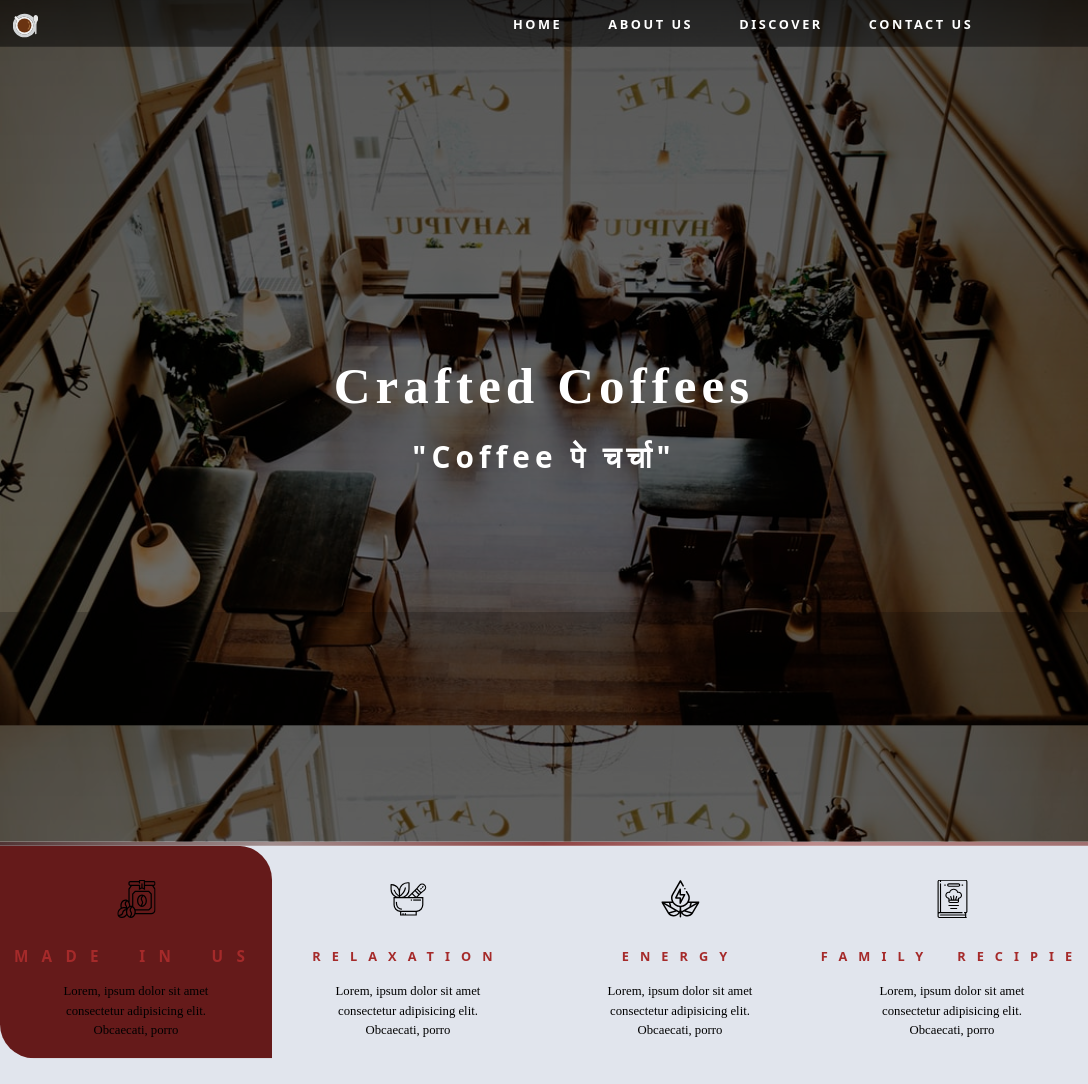
Repository: Aditya0377/Assignments
Page: Assignment/coffee/index.html
The author's editor kept a copy of each file at every save. The page is drawn from the files as they stood at one save, then again after the next save.
The browser window is 1280 px wide. The pictures show the part of the page from y = 0 to 1275 px (the page is 1800 px tall), at 85% of full size.
The pointer rests on the first visible `.onecont`.
A picture or video elsewhere on the page could not be fetched, so the positions and the page height are approximate. Backgrounds fixed to the window are drawn as part of the page. Some web libraries are served in a nearby version.

Above is the page before, as saved 2024-02-02 14:56:47.

After the next save:
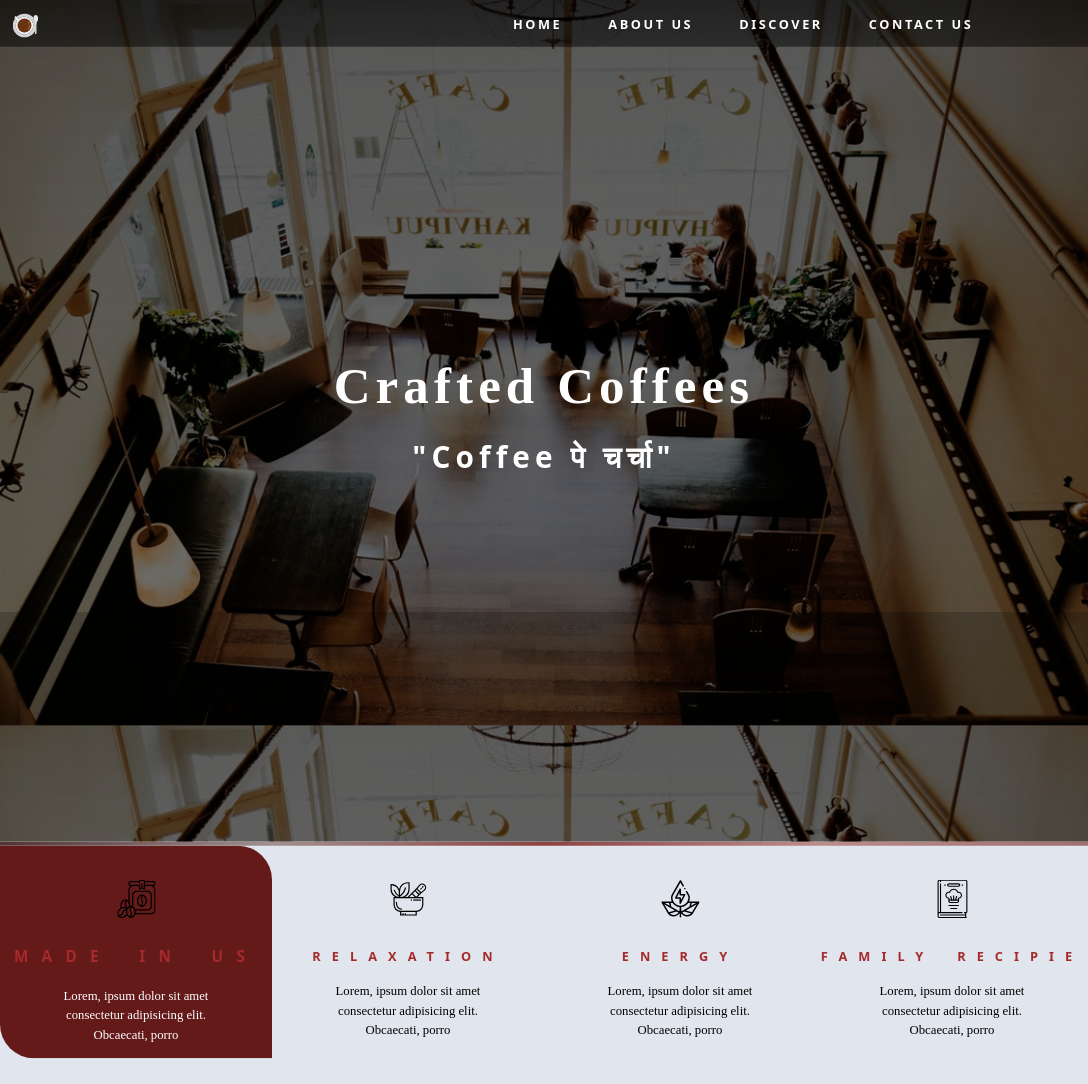
Saved 47 s later.
--- a/Assignment/coffee/coffee.css
+++ b/Assignment/coffee/coffee.css
@@ -163,6 +163,11 @@ a {
     transform: scale(1.2);
 }
 
+.onecont:hover .lorem {
+    color: white;
+    transform: translateY(5px);
+}
+
 .two {
     margin-top: 50px;
     display: flex;
